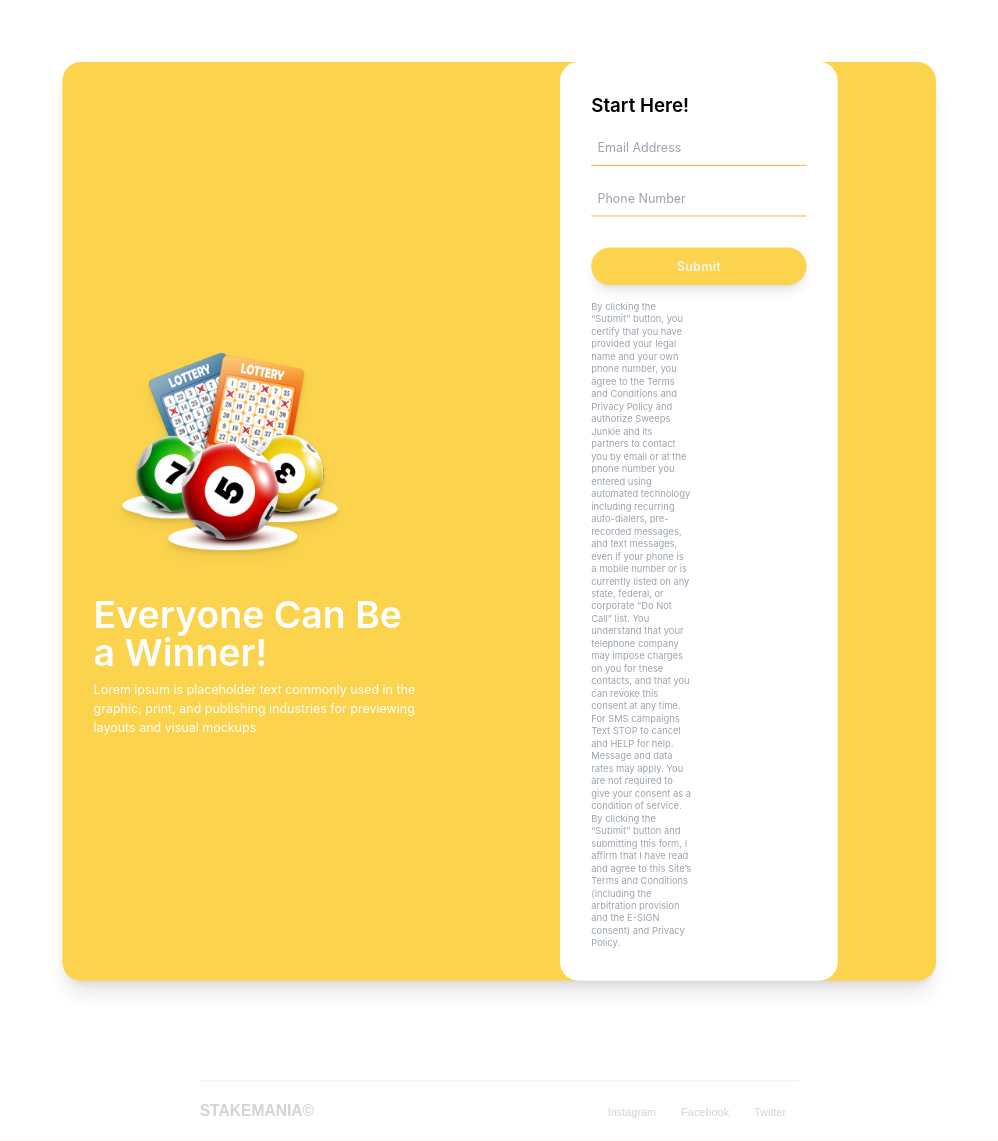
Repository: VictorJPimentel/Lottery
Page: /
These files come from the project's save history. The page is drawn as it stood at one moment and after the next save; the edit follows.
The browser window is 1280 px wide. The pictures show the part of the page from y = 384 to 1887 px (the page is 1847 px tall before and 1887 px after), at 78% of full size.
Backgrounds fixed to the window are drawn as part of the page. The project was rebuilt for these pictures with package versions that can differ from the ones it lists, and the page was loaded fresh each time. Also part of the build but not shown: src/App.css.

Above is the page before, as saved 2022-08-12 20:33:53.

### src/components/Form.jsx
import React from "react";

function Form() {
  return (
    <>
      <div className="min-h-screen  sm:flex sm:flex-row  justify-center bg-amber-300 lg:p-50 ms:p-10  rounded-3xl shadow-xl xl:m-20 m-6  ">
        <div className="flex-col flex  self-center lg:p-10 sm:max-w-5xl xl:max-w-lg  z-10 sm:p-1">
          <div className="self-start hidden lg:flex flex-col  text-white">
            <div className="flex items-center mb-5">
              <img src={require("./star.png")} class="filter drop-shadow-lg" />
            </div>
            <h1 className="my-3 font-semibold text-5xl">
              Everyone Can Be a Winner!
            </h1>
            <p className="pr-3">
              Lorem ipsum is placeholder text commonly used in the graphic,
              print, and publishing industries for previewing layouts and visual
              mockups
            </p>
          </div>
        </div>
        <div className="flex justify-center self-center z-10 xl:w-full w-96 ">
          <div className="p-12 bg-primary mx-auto rounded-3xl w-100 xl:p-10 ">
            <div className="mb-4">
              <h3 className="font-semibold text-2xl text-black">
                Start Here!{" "}
              </h3>
            </div>
            <div className="space-y-5">
              <div className="space-y-2 flex items-center border-b border-amber-500 py-2">
                <input
                  className="appearance-none bg-transparent border-none w-full text-gray-700 mr-3 py-1 px-2 leading-tight focus:outline-none"
                  type="email"
                  placeholder="Email Address"
                  aria-label="Email Address"
                />
              </div>
              <div className="space-y-2 flex items-center border-b border-amber-500 py-2">
                <input
                  className="appearance-none bg-transparent border-none w-full text-gray-700 mr-3 py-1 px-2 leading-tight focus:outline-none"
                  type="tel"
                  placeholder="Phone Number"
                  aria-label="Phone Number"
                />
              </div>
              <div className="flex items-center justify-between"></div>
              <div>
                <button
                  type="submit"
                  className="w-full flex justify-center bg-amber-300  hover:bg-amber-400 text-gray-100 p-3  rounded-full tracking-wide font-semibold  shadow-lg cursor-pointer transition ease-in duration-500"
                >
                  Submit
                </button>
              </div>
              <div className="flex items-center justify-center space-x-2 my-5 text-xs  text-gray-400  max-w-32">
                By clicking the “Submit” button, you certify that you have
                provided your legal name and your own phone number, you agree to
                the Terms and Conditions and Privacy Policy and authorize Sweeps
                Junkie and its partners to contact you by email or at the phone
                number you entered using automated technology including
                recurring auto-dialers, pre-recorded messages, and text
                messages, even if your phone is a mobile number or is currently
                listed on any state, federal, or corporate “Do Not Call” list.
                You understand that your telephone company may impose charges on
                you for these contacts, and that you can revoke this consent at
                any time. For SMS campaigns Text STOP to cancel and HELP for
                help. Message and data rates may apply. You are not required to
                give your consent as a condition of service. By clicking the
                “Submit” button and submitting this form, I affirm that I have
                read and agree to this Site’s Terms and Conditions (including
                the arbitration provision and the E-SIGN consent) and Privacy
                Policy.
              </div>
            </div>
          </div>
        </div>
      </div>
    </>
  );
}

export default Form;

### src/components/Footer.jsx
import React from "react";

function Footer() {
  return (
    <>
      <footer class="text-stone-300 bg-primary">
        <div class="max-w-3xl mx-auto py-6">
          <hr class="h-px my-6 bg-primary" />
          <div class="flex flex-col items-center justify-between mt-6 md:flex-row">
            <div>
              <a
                href="#"
                class="text-xl font-bold font-title text-stone-300 hover:text-stone-400"
              >
                STAKEMANIA&copy;
              </a>
            </div>

            <div class="flex mt-4 md:m-0">
              <div class="-m-x4">
                <a
                  href="https://www.instagram.com/"
                  target="_blank"
                  class="px-4 text-sm text-stone-300 font-content hover:text-stone-400"
                >
                  Instagram
                </a>
                <a
                  href="https://www.facebook.com/"
                  target="_blank"
                  class="px-4 text-sm text-stone-300 font-content hover:text-stone-400"
                >
                  Facebook
                </a>
                <a
                  href="https://twitter.com/"
                  target="_blank"
                  class="px-4 text-sm text-stone-300 font-content hover:text-stone-400"
                >
                  Twitter
                </a>
              </div>
            </div>
          </div>
        </div>
      </footer>
    </>
  );
}

export default Footer;

### src/components/Header.jsx
import React from "react";

function Header() {
  return (
    <>
      <div class="flex items-center justify-center w-full h-96 mb-0 bg-fixed bg-center bg-cover lg:p-32 p-10 bg-main-page2">
        <p class="p-5 lg:text-2xl text-lg text-stone-300 bg-primary rounded-xl font-title text-center shadow-2xl">
          <img
            src={require("./stakemania.png")}
            class="filter drop-shadow-lg"
          />
        </p>
      </div>
    </>
  );
}

export default Header;

### tailwind.config.js
/** @type {import('tailwindcss').Config} */
module.exports = {
  content: ["./index.html", "./src/**/*.{vue,js,ts,jsx,tsx}"],
  theme: {
    backgroundImage: {
      "main-page":
        "url('https://www.nerdynaut.com/wp-content/uploads/2021/03/Learn-How-to-Play-Keno-Lottery.png')",
      "main-page2":
        "url('https://www.nerdynaut.com/wp-content/uploads/2021/03/Learn-How-to-Play-Keno-Lottery.png')",
    },
    extend: {
      fontFamily: {
        title: ["Montserrat Alternates", "sans-serif"],
        content: ["'Poppins'", "sans-serif"],
      },
      fontSize: {
        "main-title": "11rem",
        "main-mid": "15rem",
      },
      colors: {
        primary: "#FFF",
        secondary: "#fff",
        header: "#181c2c",
        product: "#23262C",
      },
      screens: {
        ss: "500px",
        ss: "400px",
      },
    },
  },
  plugins: [],
};

Loaded but not shown: public/index.html (common file); src/index.js (common file); src/index.css (common file); src/App.js (common file); src/reportWebVitals.js (common file)

After the next save:
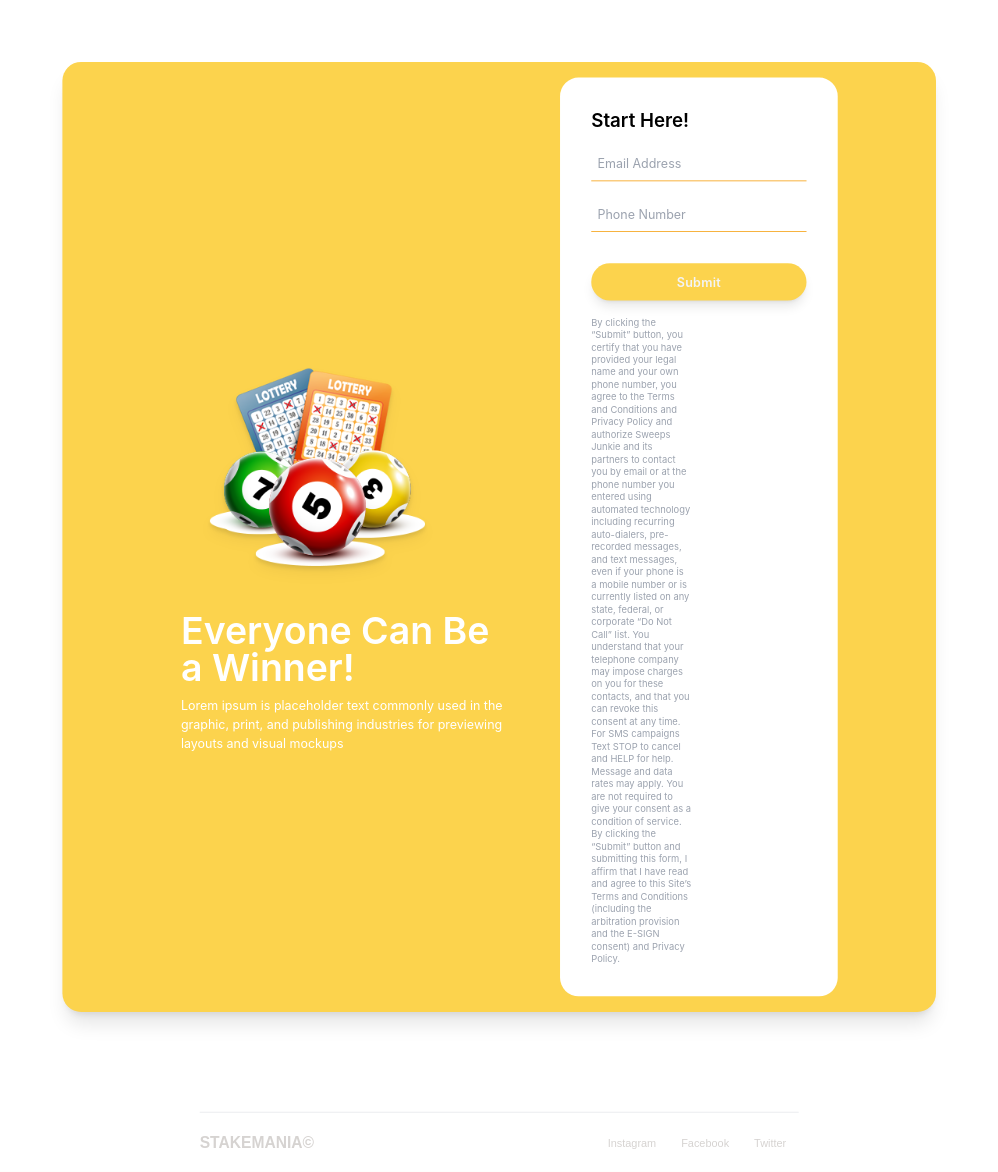
Saved 28 s later.
--- a/src/components/Form.jsx
+++ b/src/components/Form.jsx
@@ -3,7 +3,7 @@ import React from "react";
 function Form() {
   return (
     <>
-      <div className="min-h-screen  sm:flex sm:flex-row  justify-center bg-amber-300 lg:p-50 ms:p-10  rounded-3xl shadow-xl xl:m-20 m-6  ">
+      <div className="min-h-screen  sm:flex sm:flex-row  justify-center bg-amber-300 lg:p-50 ms:p-10 ss:p-5 rounded-3xl shadow-xl xl:m-20 m-6  ">
         <div className="flex-col flex  self-center lg:p-10 sm:max-w-5xl xl:max-w-lg  z-10 sm:p-1">
           <div className="self-start hidden lg:flex flex-col  text-white">
             <div className="flex items-center mb-5">
@@ -19,7 +19,7 @@ function Form() {
             </p>
           </div>
         </div>
-        <div className="flex justify-center self-center z-10 xl:w-full w-96 ">
+        <div className="flex justify-center self-center  z-10 w-96">
           <div className="p-12 bg-primary mx-auto rounded-3xl w-100 xl:p-10 ">
             <div className="mb-4">
               <h3 className="font-semibold text-2xl text-black">
